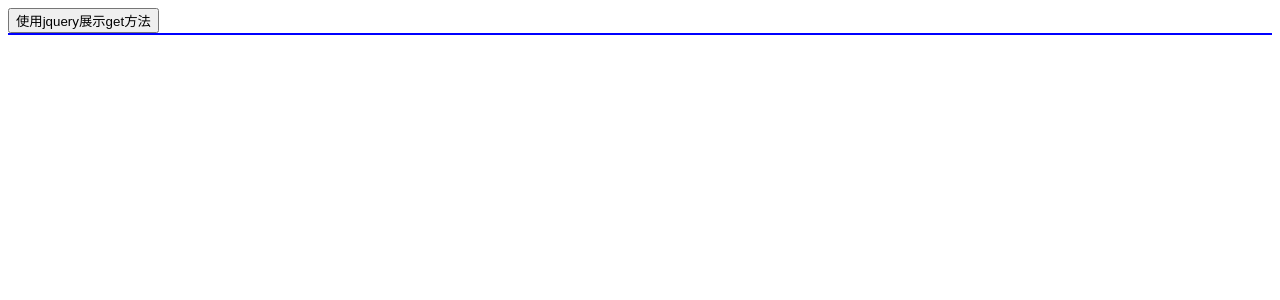
Repository: ChengqunYang/JAVA
Page: http://localhost/ajax/Demo6.jsp
These files come from the project's save history. The page is drawn as it stood at one moment and after the next save; the edit follows.
The browser window is 1280 px wide. The pictures show the whole page.
The page is served by Tomcat 9. Other server files are loaded and not shown.

Above is the page before, as saved 2019-04-23 09:36:36.

### ajax/WebContent/Demo6.jsp
<%@ page language="java" contentType="text/html; charset=UTF-8"
    pageEncoding="UTF-8"%>
<!DOCTYPE html PUBLIC "-//W3C//DTD HTML 4.01 Transitional//EN" "http://www.w3.org/TR/html4/loose.dtd">
<html>
<head>
<meta http-equiv="Content-Type" content="text/html; charset=UTF-8">
<script type="text/javascript" src="js/jquery-1.11.0.js"></script>
<script type="text/javascript">

	function get() {
		$.get("/ajax/DemoServlet02",function(data, status){
			alert("结果是:"+data);
		});
	}

</script>
<title>Insert title here</title>
</head>
<body>
	<input type="button" onclick="get()" value="使用jquery展示get方法">

	<div id = "div01" style="width :100; height: 100; border: 1px solid blue;"></div>
</body>
</html>

Loaded but not shown: ajax/WebContent/js/jquery-1.11.0.js (library)

After the next save:
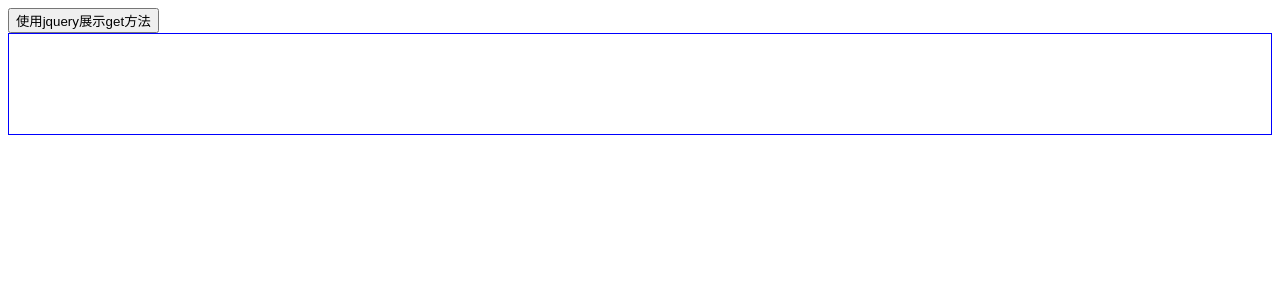
Saved 2 min 7 s later.
--- a/ajax/WebContent/Demo6.jsp
+++ b/ajax/WebContent/Demo6.jsp
@@ -19,6 +19,6 @@
 <body>
 	<input type="button" onclick="get()" value="使用jquery展示get方法">
 
-	<div id = "div01" style="width :100; height: 100; border: 1px solid blue;"></div>
+	<div id = "div01" style="width :100; height: 100px; border: 1px solid blue;"></div>
 </body>
 </html>
